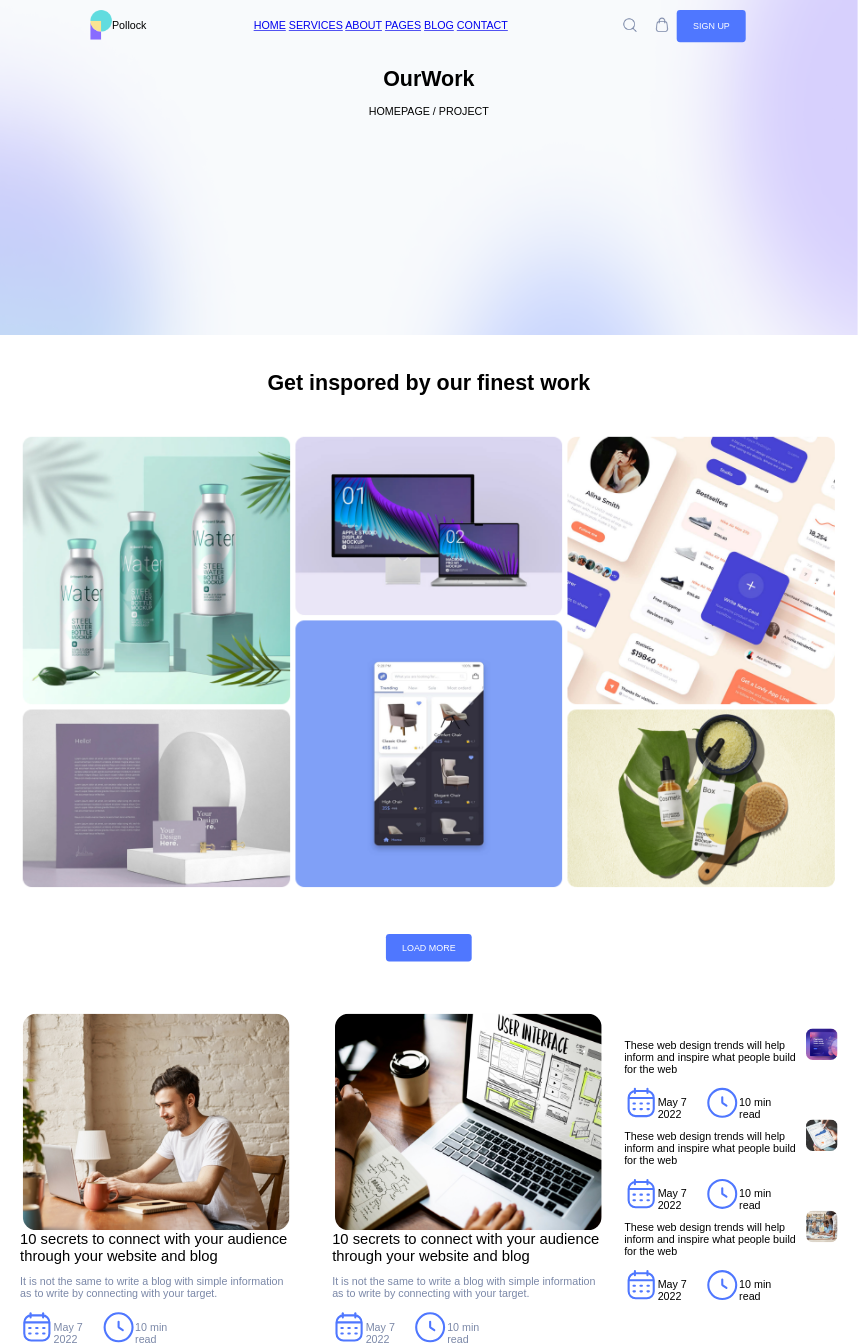
Repository: Nam936/exercises
Page: demo.html
An editor plug-in stored every save of this project. The page is shown before and after a run of saves, followed by the edit.
The browser window is 1280 px wide. The pictures show the whole page, at 67% of full size.

Above is the page before, as saved 2023-01-06 16:17:15.

After the next 2 saves:
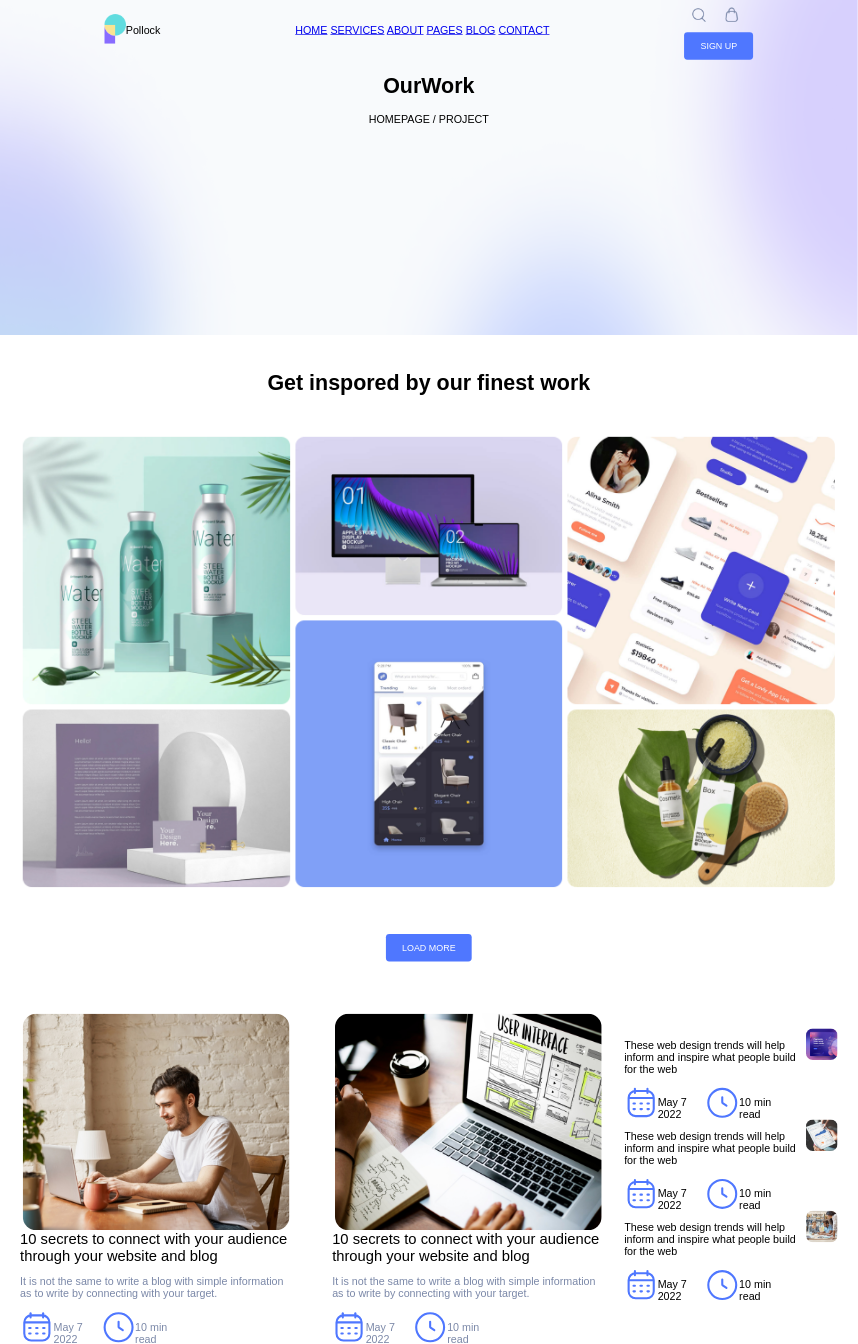
The 2 saves are shown as one change because they came seconds apart.
The last was saved 15 s later.
--- a/style2.css
+++ b/style2.css
@@ -137,6 +137,7 @@
 .header-midd{
   padding: 30px 30px;
 }
+headre
 
 .header-right{
   display: flex;

After the 3 saves that followed:
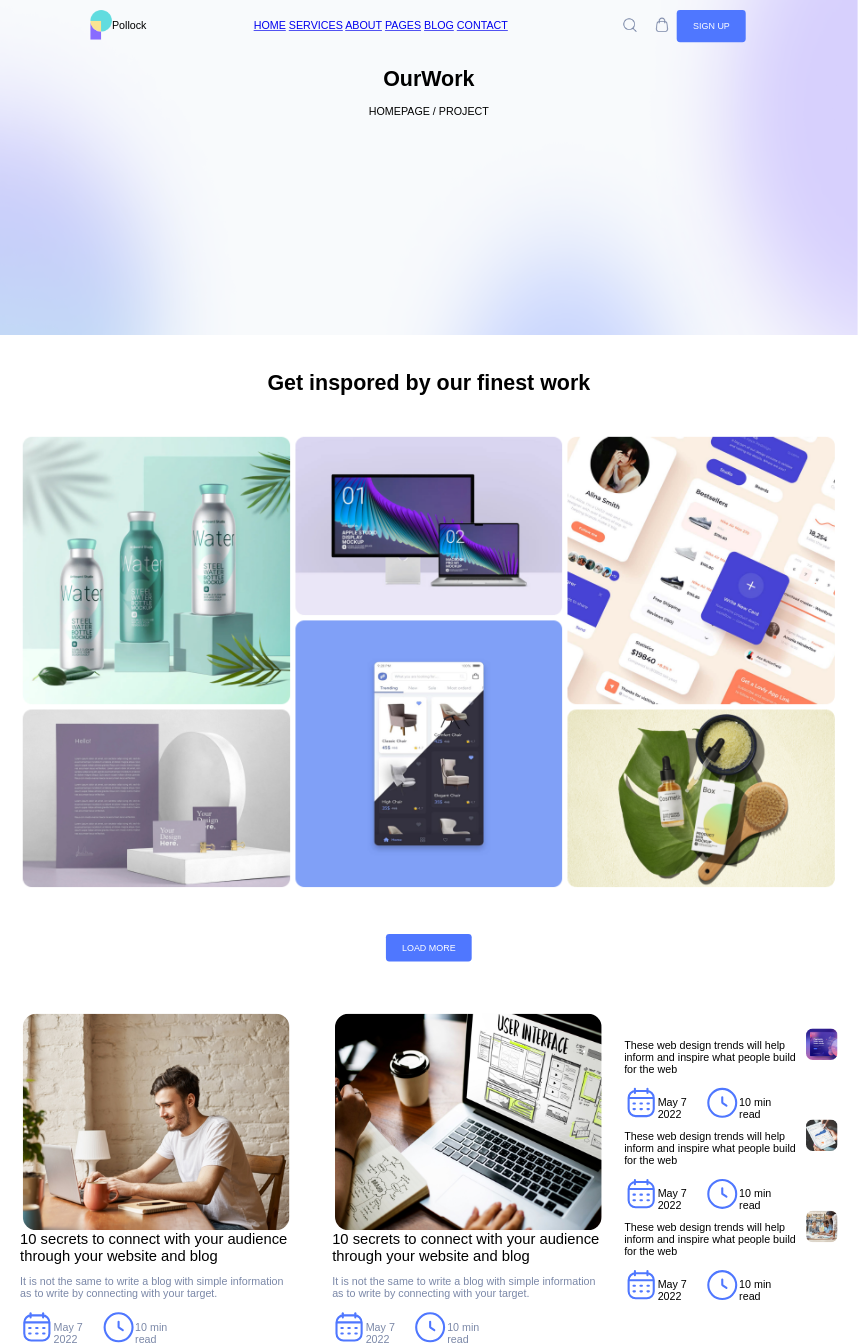
The 3 saves are shown as one change because they came seconds apart.
The last was saved 8 s later.
--- a/style2.css
+++ b/style2.css
@@ -137,7 +137,9 @@
 .header-midd{
   padding: 30px 30px;
 }
-headre
+.header-midd a{
+
+}
 
 .header-right{
   display: flex;
